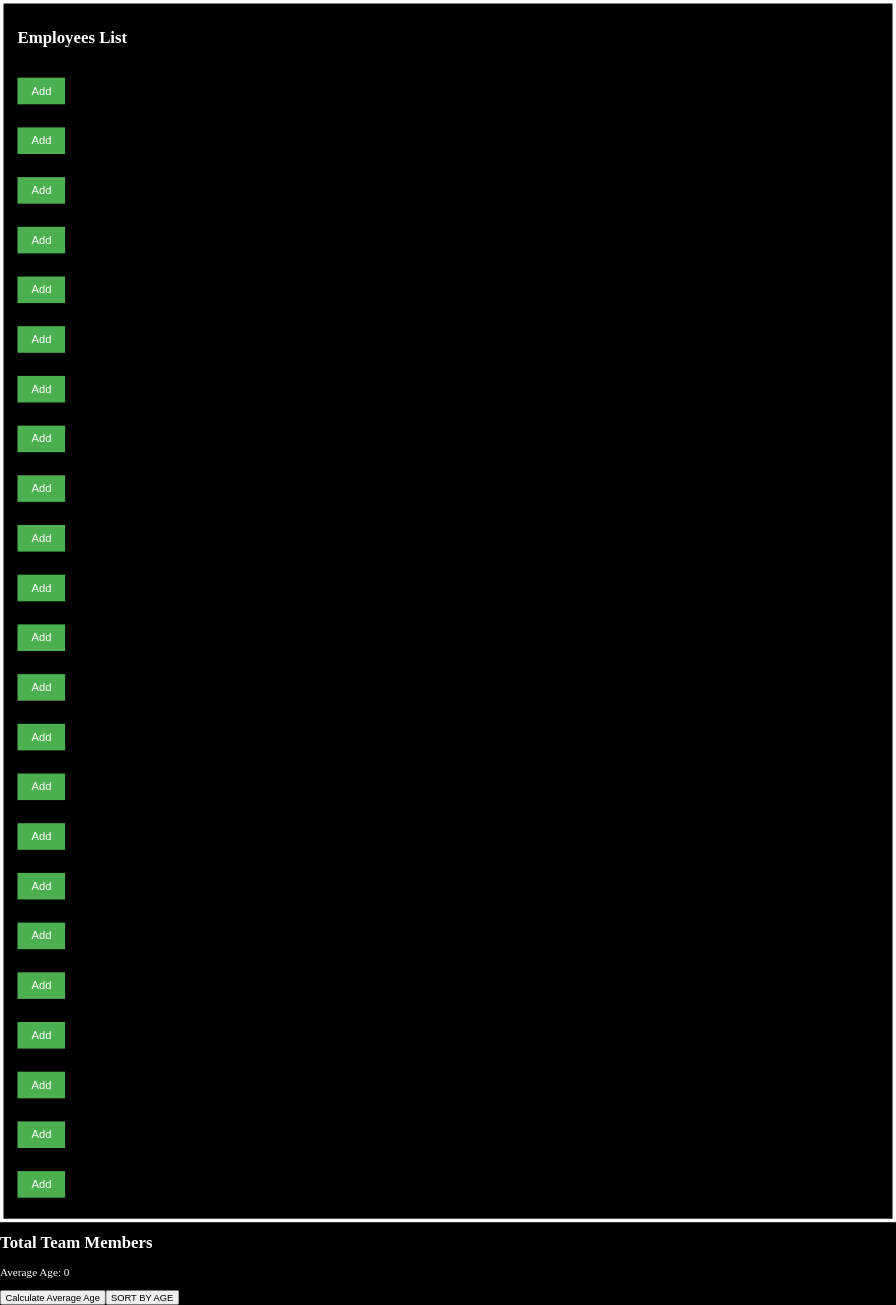
Repository: sriram1224/Teams-list
Page: /
These files come from the project's save history. The page is drawn as it stood at one moment and after the next save; the edit follows.
The browser window is 1280 px wide. The pictures show the part of the page from y = 0 to 1920 px (the page is 1864 px tall before and 3014 px after), at 70% of full size.
The project was rebuilt for these pictures with package versions that can differ from the ones it lists, and the page was loaded fresh each time.

Above is the page before, as saved 2024-03-26 21:49:44.

### src/index.css
body {
  margin: 0;
 background-color: black;
 color : white;
}

code {
  font-family: source-code-pro, Menlo, Monaco, Consolas, 'Courier New',
    monospace;
}

### src/App.js
import Main from "./main";
import React from 'react';

function App() {
  return (
    <div >
      <Main />
    </div>
  );
}

export default App;

### src/main.jsx
import React, { useReducer } from 'react';
import EmployeesList from './EmloyeesList';
import TotalEmployees from './TotalEmployees';

const employees = [
  {"id":1,"first_name":"Jaymee","last_name":"Imm","email":"jimm0@craigslist.org","gender":"Genderqueer","age":80},
{"id":2,"first_name":"Jody","last_name":"Themann","email":"jthemann1@skyrock.com","gender":"Agender","age":29},
{"id":3,"first_name":"Cece","last_name":"Carlet","email":"ccarlet2@jalbum.net","gender":"Male","age":69},
{"id":4,"first_name":"Elton","last_name":"Allinson","email":"eallinson3@jugem.jp","gender":"Male","age":31},
{"id":5,"first_name":"Garvy","last_name":"Shaddick","email":"gshaddick4@rediff.com","gender":"Male","age":32},
{"id":6,"first_name":"Fin","last_name":"Realy","email":"frealy5@unc.edu","gender":"Male","age":26},
{"id":7,"first_name":"Minnaminnie","last_name":"Fransseni","email":"mfransseni6@aboutads.info","gender":"Agender","age":52},
{"id":8,"first_name":"Fernando","last_name":"Pagon","email":"fpagon7@blogs.com","gender":"Male","age":40},
{"id":9,"first_name":"Tiphanie","last_name":"Fenny","email":"tfenny8@sakura.ne.jp","gender":"Female","age":52},
{"id":10,"first_name":"Nerti","last_name":"Try","email":"ntry9@shareasale.com","gender":"Female","age":43},
{"id":11,"first_name":"Abagael","last_name":"Beadell","email":"abeadella@unc.edu","gender":"Female","age":76},
{"id":12,"first_name":"Morten","last_name":"McNamee","email":"mmcnameeb@sun.com","gender":"Male","age":38},
{"id":13,"first_name":"Domenico","last_name":"Shearman","email":"dshearmanc@seesaa.net","gender":"Male","age":66},
{"id":14,"first_name":"Rodolphe","last_name":"Bittlestone","email":"rbittlestoned@51.la","gender":"Male","age":33},
{"id":15,"first_name":"Merv","last_name":"Watterson","email":"mwattersone@storify.com","gender":"Male","age":37},
{"id":16,"first_name":"Betty","last_name":"Simm","email":"bsimmf@engadget.com","gender":"Female","age":26},
{"id":17,"first_name":"Rafaellle","last_name":"Brighouse","email":"rbrighouseg@vinaora.com","gender":"Male","age":43},
{"id":18,"first_name":"Sibby","last_name":"Meanwell","email":"smeanwellh@independent.co.uk","gender":"Female","age":66},
{"id":19,"first_name":"Ricky","last_name":"Sissland","email":"rsisslandi@google.it","gender":"Male","age":76},
{"id":20,"first_name":"Sauveur","last_name":"Hessenthaler","email":"shessenthalerj@ocn.ne.jp","gender":"Male","age":48},
{"id":21,"first_name":"Carmela","last_name":"Bucksey","email":"cbuckseyk@acquirethisname.com","gender":"Female","age":22},
{"id":22,"first_name":"Nydia","last_name":"Folke","email":"nfolkel@disqus.com","gender":"Female","age":68},
{"id":23,"first_name":"Asia","last_name":"Boake","email":"aboakem@1und1.de","gender":"Female","age":39}
];
  // Your employee data goes here

function Main() {
  const [state, dispatch] = useReducer(reducer, { employees: employees, team: [] });

  function reducer(state, action) {
    switch(action.type) {
      case 'ADD':
        return {
          ...state,
          employees: state.employees.map(emp => emp.id === action.payload.id ? { ...emp, added: true } : emp),
          team: [...state.team, action.payload]
        };
      case 'DELETE':
        return {
          ...state,
          employees: state.employees.map(emp => emp.id === action.payload.id ? { ...emp, added: false } : emp),
          team: state.team.filter(emp => emp.id !== action.payload.id)
        };
      case 'Calculate_Average':
        const totalAge = state.team.reduce((acc, emp) => acc + emp.age, 0);
        const averageAge = totalAge / state.team.length || 0;
        return {
          ...state,
          averageAge
        };
      case 'sort':
        return {
          ...state,
          team: state.team.sort((a, b) => a.age - b.age),
        };
      default:
        return state;
    }
  }

  return (
    <div>
      <EmployeesList employees={state.employees} dispatch={dispatch} />
      <TotalEmployees team={state.team} dispatch={dispatch} />
    </div>
  );
}

export default Main;

### src/EmloyeesList.jsx
import React from 'react'
import './list.css';

const EmployeesList = ({ employees, dispatch }) => {
    return (
        <div className="employees-list">
            <h1 className="header">Employees List</h1>
            {employees && employees.map(emp => (
                <div key={emp.id} className="employee-item">
                    <span className={emp.added ? "gray-text" : "black-text"}>
                        <p className="employee-info">{emp.first_name} {emp.last_name} - { emp.age} years</p>
                    </span>
                    {!emp.added && (
                        <button className="add-button" onClick={() => dispatch({ type: 'ADD', payload: emp })}>Add</button>
                    )}
                </div>
            ))}
        </div>
    );
}
export default EmployeesList;

### src/TotalEmployees.jsx
import React from "react";


const TotalEmployees = ({ team, dispatch }) => {
    const averageAge = team.reduce((total, emp) => total + emp.age, 0) / team.length;

    return (
        <div className="total-employees">
            <h1 className="header">Total Team Members</h1>
            {team && team.map(emp => (
                <div key={emp.id} className="employee-list">
                    <span className="employee-info">
                        <p>{emp.first_name} {emp.last_name} - {emp.age} years</p>
                    </span>
                    {!emp.added && (
                        <button className="remove-button" onClick={() => dispatch({ type: 'DELETE', payload: emp })}>Remove</button>
                    )}
                </div>
            ))}
            <p className="average-age">Average Age: {team.length > 0 ? averageAge : 0}</p>
            <button className="average-button" onClick={() => dispatch({ type: "Calculate_Average" })}>
                Calculate Average Age
            </button>
            <button className="sort-button" onClick={() => dispatch({ type: "sort" })}>
                SORT BY AGE
            </button>
        </div>
    );
}

export default TotalEmployees;

### src/list.css
.employees-list {
    padding: 20px;
    border: 10px solid;
    border-image-slice: 1;
    border-width: 5px;
}

.header {
    font-size: 24px;
    margin-bottom: 20px;
}

.employee-item {
    margin-bottom: 10px;
}

.employee-info {
    margin: 0;
}

.add-button {
    background-color: #4CAF50;
    /* Green */
    border: none;
    color: white;
    padding: 10px 20px;
    text-align: center;
    text-decoration: none;
    display: inline-block;
    font-size: 16px;
    margin-top: 5px;
    cursor: pointer;
}

.gray-text {
    color: gray;
}

.black-text {
    color: black;
}



.purple {
    border-image-source: linear-gradient(to left, #743ad5, #d53a9d);
}

Loaded but not shown: public/index.html (common file); src/index.js (common file); src/reportWebVitals.js (common file)

After the next save:
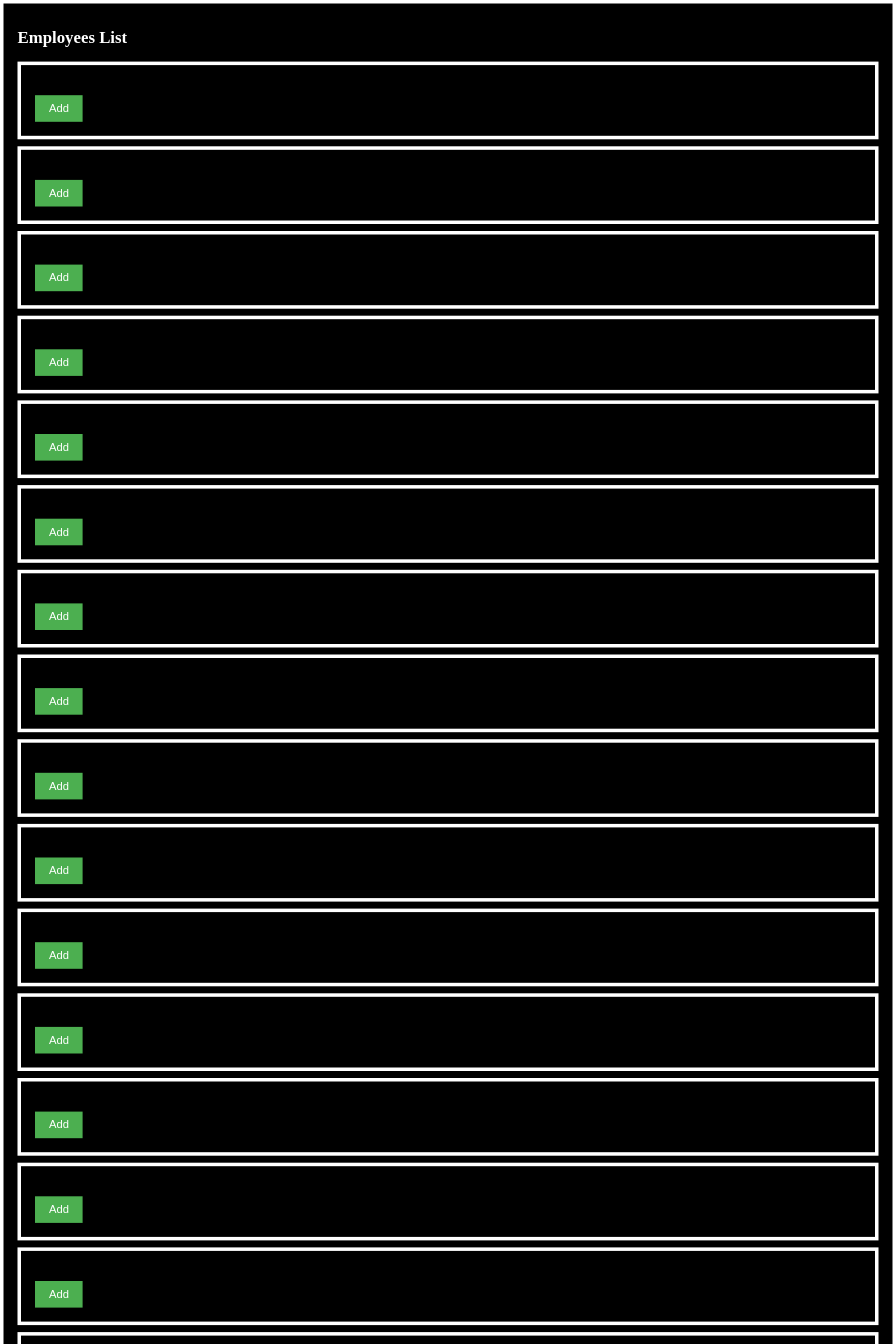
Saved 5 min 48 s later.
--- a/src/list.css
+++ b/src/list.css
@@ -12,6 +12,10 @@
 
 .employee-item {
     margin-bottom: 10px;
+    padding: 20px;
+        border: 10px solid;
+        border-image-slice: 1;
+        border-width: 5px;
 }
 
 .employee-info {
